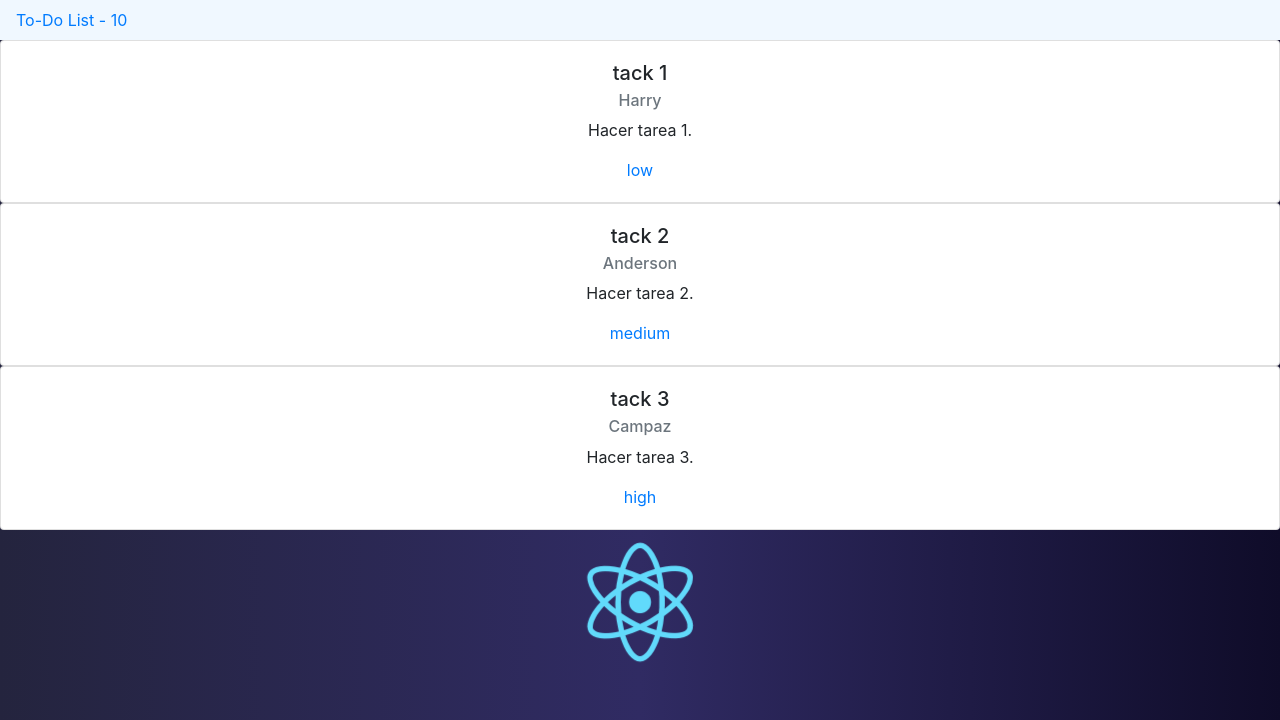
Repository: harrycampaz/to-do-react
Page: /
An editor plug-in stored every save of this project. The page is shown before and after the next save, followed by the edit.
The browser window is 1280 px wide. The pictures show the whole page.
The project was rebuilt for these pictures with package versions that can differ from the ones it lists, and the page was loaded fresh each time.

Above is the page before, as saved 2019-12-17 00:07:07.

### public/index.html
<!DOCTYPE html>
<html lang="en">
  <head>
    <meta charset="utf-8" />
    <link rel="icon" href="%PUBLIC_URL%/favicon.ico" />
    <meta name="viewport" content="width=device-width, initial-scale=1" />
    <meta name="theme-color" content="#000000" />
    <meta
      name="description"
      content="Web site created using create-react-app"
    />
    <link rel="apple-touch-icon" href="%PUBLIC_URL%/logo192.png" />
    <!--
      manifest.json provides metadata used when your web app is installed on a
      user's mobile device or desktop. See https://developers.google.com/web/fundamentals/web-app-manifest/
    -->
    <link rel="manifest" href="%PUBLIC_URL%/manifest.json" />
    <!--
      Notice the use of %PUBLIC_URL% in the tags above.
      It will be replaced with the URL of the `public` folder during the build.
      Only files inside the `public` folder can be referenced from the HTML.

      Unlike "/favicon.ico" or "favicon.ico", "%PUBLIC_URL%/favicon.ico" will
      work correctly both with client-side routing and a non-root public URL.
      Learn how to configure a non-root public URL by running `npm run build`.
    -->
    <title>React App</title>
    <link rel="stylesheet" href="https://stackpath.bootstrapcdn.com/bootstrap/4.3.1/css/bootstrap.min.css" integrity="sha384-ggOyR0iXCbMQv3Xipma34MD+dH/1fQ784/j6cY/iJTQUOhcWr7x9JvoRxT2MZw1T" crossorigin="anonymous">

  </head>
  <body>
    <noscript>You need to enable JavaScript to run this app.</noscript>
    <div id="root"></div>
    <!--
      This HTML file is a template.
      If you open it directly in the browser, you will see an empty page.

      You can add webfonts, meta tags, or analytics to this file.
      The build step will place the bundled scripts into the <body> tag.

      To begin the development, run `npm start` or `yarn start`.
      To create a production bundle, use `npm run build` or `yarn build`.
    -->
  </body>
</html>

### src/App.js
import React from 'react';
import logo from './logo.svg';
import './App.css';
import Navigation from './components/ui/Navigation';
import ListTask from './components/ListTask';



function App() {
  return (
    <div className="App">
      <Navigation/>

      <ListTask/>
      <div>
        <img src ={logo} className = "App-logo"></img>
      </div>
    </div>
  );
}

export default App;

### src/App.css
body {
  background: #0f0c29;  /* fallback for old browsers */
  background: -webkit-linear-gradient(to right, #24243e, #302b63, #0f0c29);  /* Chrome 10-25, Safari 5.1-6 */
  background: linear-gradient(to right, #24243e, #302b63, #0f0c29); /* W3C, IE 10+/ Edge, Firefox 16+, Chrome 26+, Opera 12+, Safari 7+ */

}
.App {
 text-align: center;
}

nav {
  background-color: aliceblue;
  padding: 20px;
}

.App-logo {
  height: 20vmin;
  pointer-events: none;
}

@media (prefers-reduced-motion: no-preference) {
  .App-logo {
    animation: App-logo-spin infinite 20s linear;
  }
}


@keyframes App-logo-spin {
  from {
    transform: rotate(0deg);
  }
  to {
    transform: rotate(360deg);
  }
}

### src/components/ui/Navigation.js
import React, { Component } from 'react';

class Navigation extends Component {
    constructor(){
        super();
        this.state = {
            title: "To-Do List",
            count: 10
        }
    }

    render() {
        return (
            <div>
            <nav className="navbar">
                <a href = "" className="text-dart"> {this.state.title} - {this.state.count} </a>
            </nav>
            </div>
        );
    }
}

export default Navigation;

### src/components/ListTask.js
import React, { Component } from "react";
import todos from "../../src/dummy-data/todo-list.json";

class ListTask extends Component {
  constructor() {
    super();
    this.state = {
      todos: todos.todos
    };
  }

  render() {
    const data = this.state.todos.map((todo, i) => {
      return (
        <div className="card">


      <div class="card-body">
    <h5 class="card-title">{todo.title}</h5>
    <h6 class="card-subtitle mb-2 text-muted">{todo.responsible}</h6>
    <p class="card-text">{todo.description}.</p>
    <a href="#" class="card-link">{todo.priority}</a>
  </div>
      </div>
      );
    });

    return (<div>
        {data}
    </div>);
  }
}

export default ListTask;

### src/dummy-data/todo-list.json
{
    "todos": [
        {
            "title": "tack 1",
            "responsible": "Harry",
            "description": "Hacer tarea 1",
            "priority": "low"
        },
        {
            "title": "tack 2",
            "responsible": "Anderson",
            "description": "Hacer tarea 2",
            "priority": "medium"
        },
        {
            "title": "tack 3",
            "responsible": "Campaz",
            "description": "Hacer tarea 3",
            "priority": "high"
        }
    ]
}

Loaded but not shown: src/index.js (common file); src/index.css (common file); src/serviceWorker.js (common file)

After the next save:
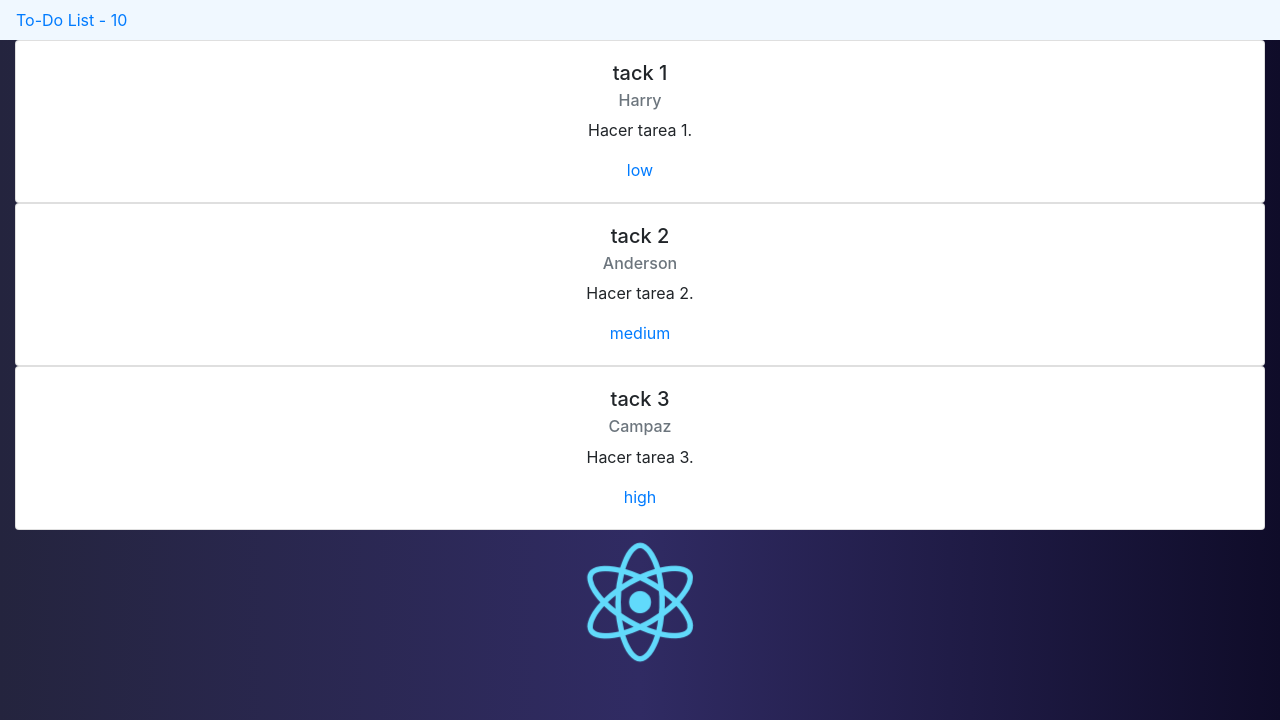
Saved 55 s later.
--- a/src/App.js
+++ b/src/App.js
@@ -11,7 +11,10 @@
     <div className="App">
       <Navigation/>
 
+      <div className="container-fluid">
       <ListTask/>
+</div>
+
       <div>
         <img src ={logo} className = "App-logo"></img>
       </div>
